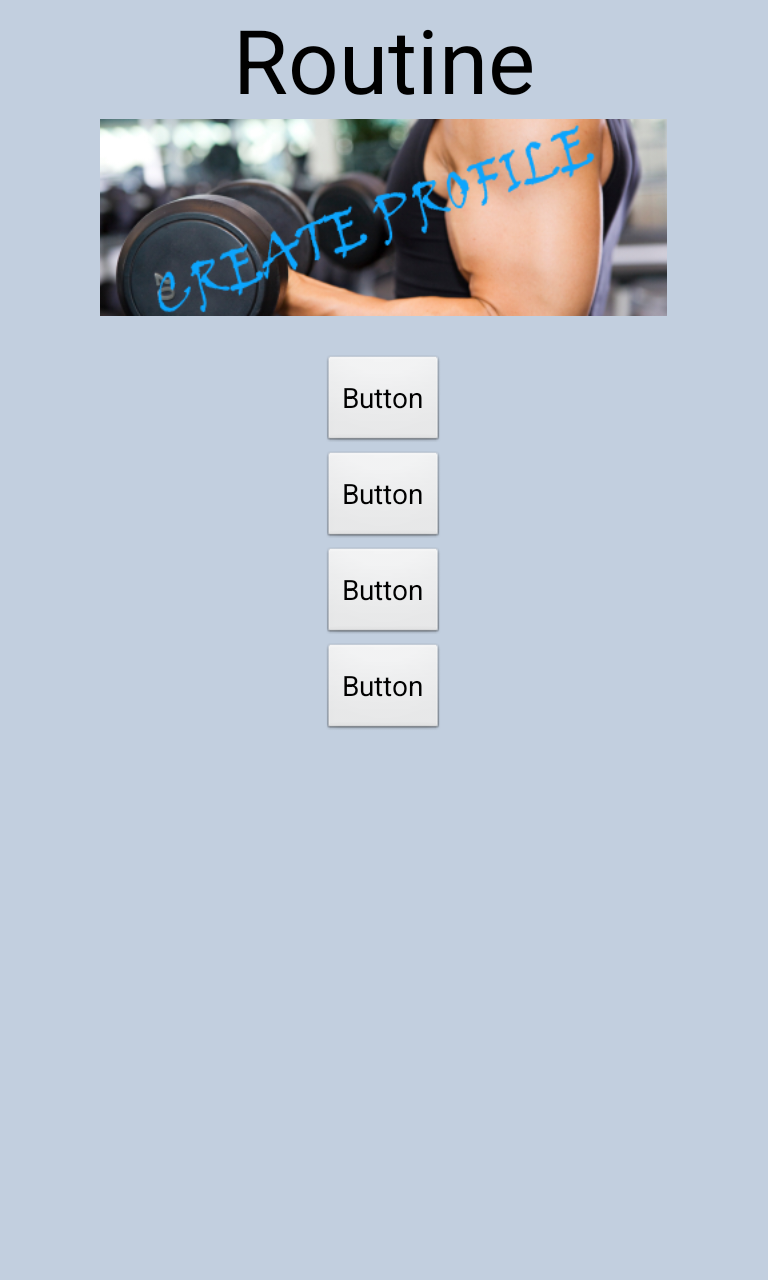
Repository: parinya1968/My-project
Layout: DroidWork/getBig/res/layout/viewr.xml
These files come from the project's save history. The layout is drawn as it stood at one moment and after the next save; the edit follows.
It is drawn on a 768 x 1280 px phone screen (xhdpi) without system bars, with theme android:Theme.NoTitleBar.Fullscreen; the app's code is not run.

Above is the layout before, as saved 2012-06-20 06:54:12.

### DroidWork/getBig/res/layout/viewr.xml
<?xml version="1.0" encoding="utf-8"?>
<LinearLayout xmlns:android="http://schemas.android.com/apk/res/android"
    android:layout_width="fill_parent"
    android:layout_height="fill_parent"
    android:background="#C2CFDF"
    android:orientation="vertical" >



    <TextView
        android:id="@+id/textView1"
        android:layout_width="wrap_content"
        android:layout_height="wrap_content"
        android:layout_gravity="center_horizontal"
        android:text="Routine"
        android:textColor="#000000"
        android:textSize="20pt" />


    <Button
        android:id="@+id/group_routine"
        android:layout_width="wrap_content"
        android:layout_height="wrap_content"
        android:layout_gravity="center"
        android:background="@android:color/transparent"
        android:drawableTop="@drawable/createprofile" />


    <Button
        android:id="@+id/button2"
        android:layout_width="wrap_content"
        android:layout_height="wrap_content"
        android:layout_gravity="center"
        android:text="Button" />


    <Button
        android:id="@+id/button3"
        android:layout_width="wrap_content"
        android:layout_height="wrap_content"
        android:layout_gravity="center"
        android:text="Button" />


    <Button
        android:id="@+id/button4"
        android:layout_width="wrap_content"
        android:layout_height="wrap_content"
        android:layout_gravity="center"
        android:text="Button" />


    <Button
        android:id="@+id/button5"
        android:layout_width="wrap_content"
        android:layout_height="wrap_content"
        android:layout_gravity="center"
        android:text="Button" />

</LinearLayout>

After the next save:
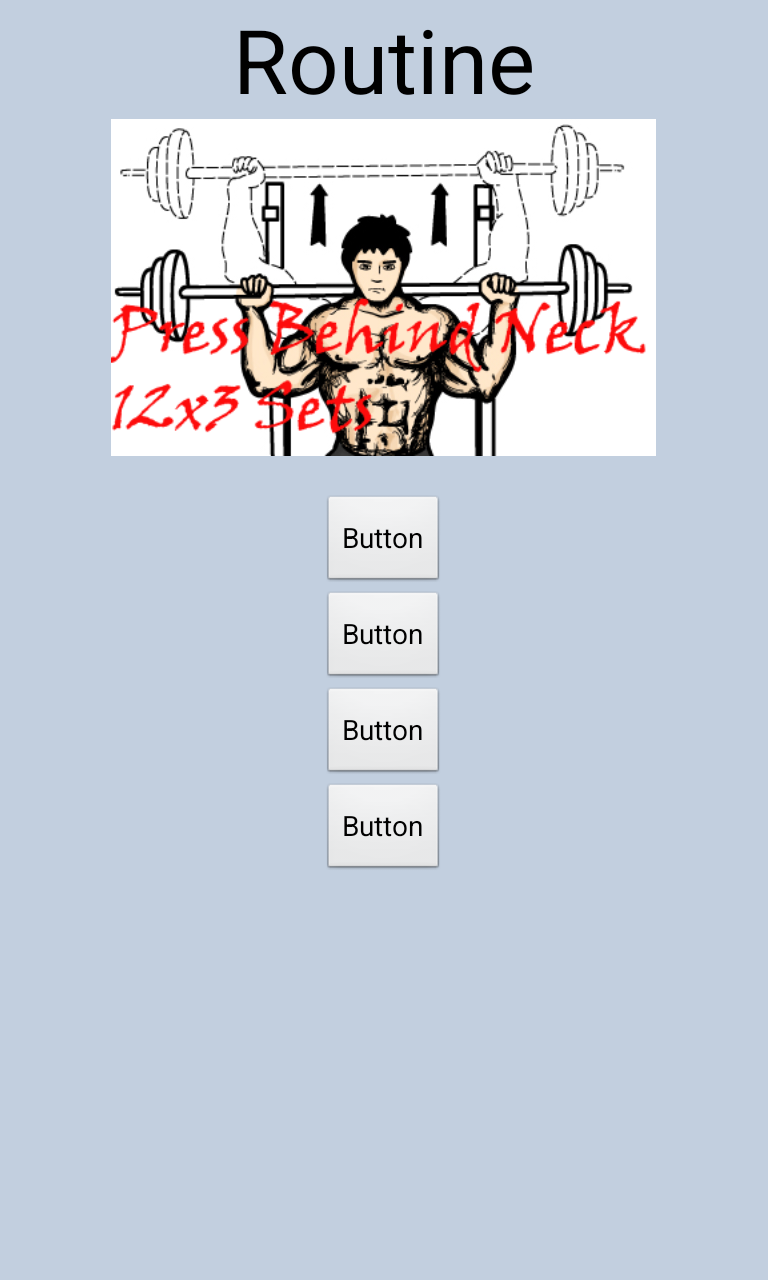
Saved 8 s later.
--- a/DroidWork/getBig/res/layout/viewr.xml
+++ b/DroidWork/getBig/res/layout/viewr.xml
@@ -23,7 +23,7 @@
         android:layout_height="wrap_content"
         android:layout_gravity="center"
         android:background="@android:color/transparent"
-        android:drawableTop="@drawable/createprofile" />
+        android:drawableTop="@drawable/pbn" />
 
 
     <Button
